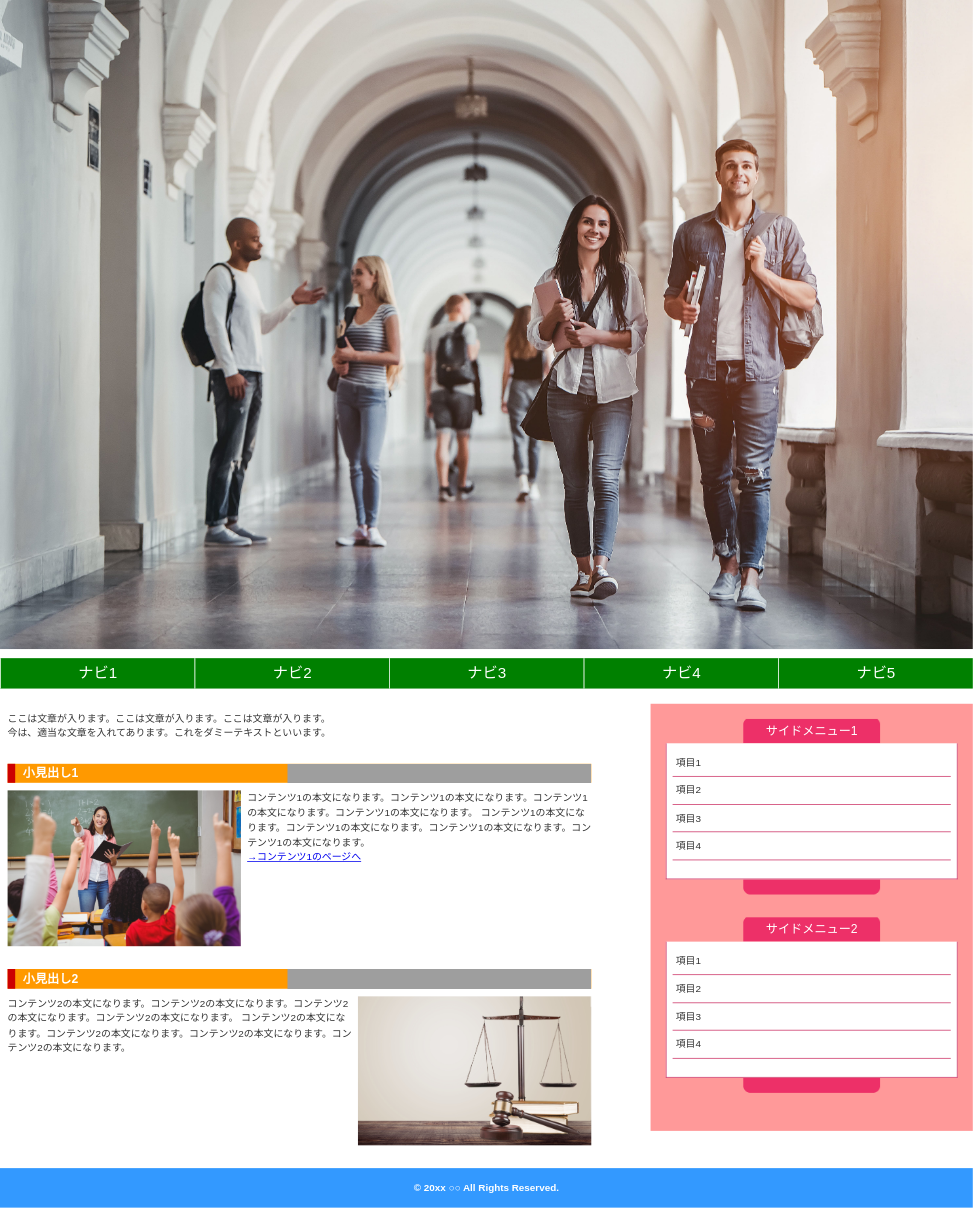
Repository: hiro641/Samurai_JS
Page: index.html
The author's editor kept a record of every edit. The page is drawn from the files as they stood at one moment, then again after the next edit.
The browser window is 1280 px wide. The pictures show the whole page, at 76% of full size.
Pictures or frames that could not be fetched are drawn as grey boxes.

Above is the page before.

After the next edit:
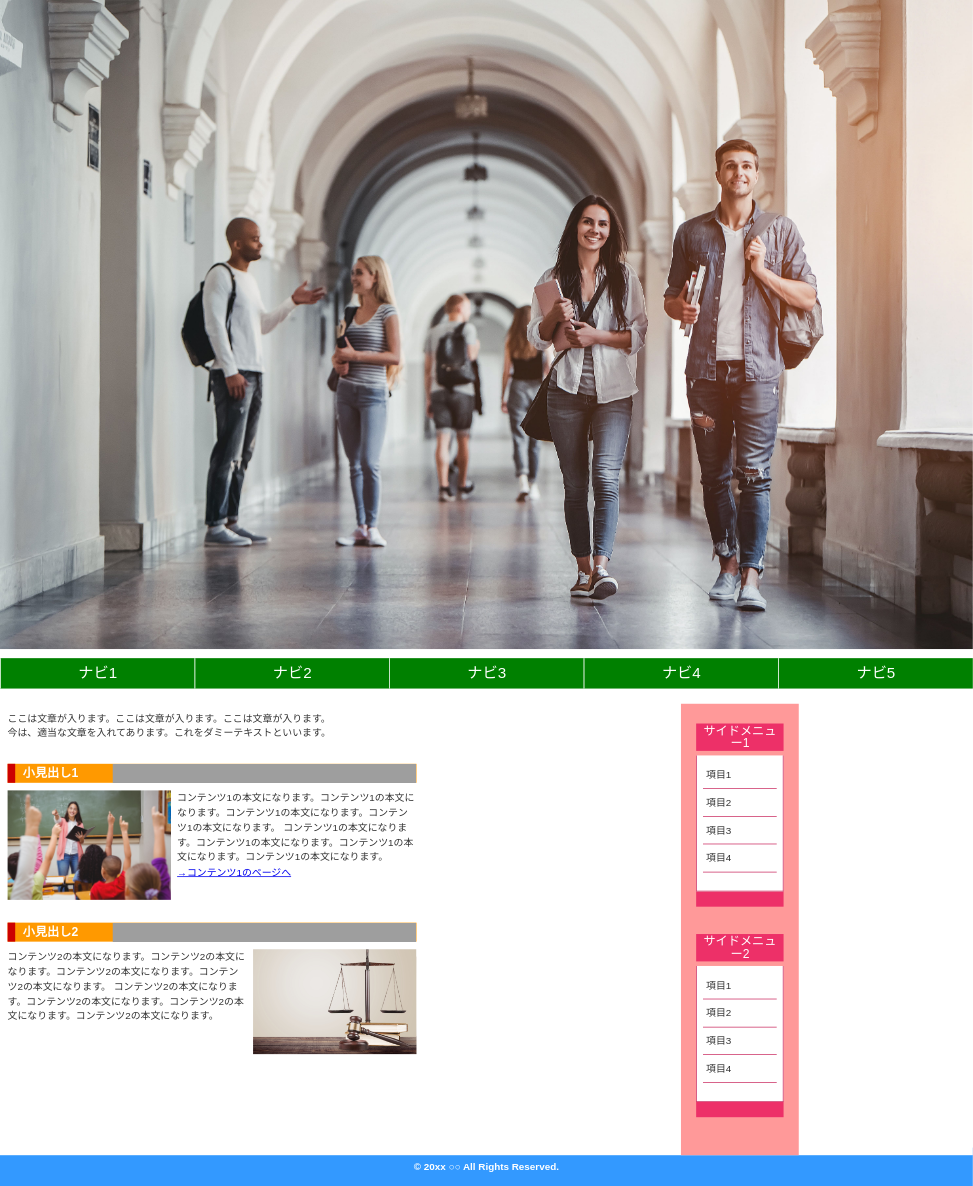
The edit:
--- a/stylesheet.css
+++ b/stylesheet.css
@@ -11,13 +11,13 @@
 
 /* -------------------- wrapper -------------------- */
 #wrapper {
-	width: 100%;
-	margin: auto;
-	padding: 0px;
-	border: 0px;
-	background-color: #FFF;
-	top: 10px;
-	position: relative;
+    width: 100%;
+    margin: auto;
+    padding: 0px;
+    border: 0px;
+    background-color: #FFF;
+    top: 10px;
+    position: relative;
 }
 
 /* -------------------- header -------------------- */
@@ -56,7 +56,6 @@
 	list-style-type: none;
 }
 #nav ul li {
-	float: left;
 	width: 20%;
 	text-align: center;
 }
@@ -71,6 +70,7 @@
 	background-color: green;
     border-left: 1px solid white;
 }
+
 #nav ul li a:hover {
 	filter: drop-shadow(10px 10px 10px black);
 }
@@ -82,6 +82,8 @@
 	padding: auto;
 	padding-top: 20px;
 	clear: both;
+	display: grid;
+	grid-template-columns: 70vw 30vw;
 }
 /* -------------------- main -------------------- */
 #main {
@@ -125,7 +127,7 @@
 
 /* -------------------- clearfix -------------------- */
 .clearfix {
-	zoom: 1;
+    zoom: 1;
 }
 .clearfix:after{
 	content: "";
